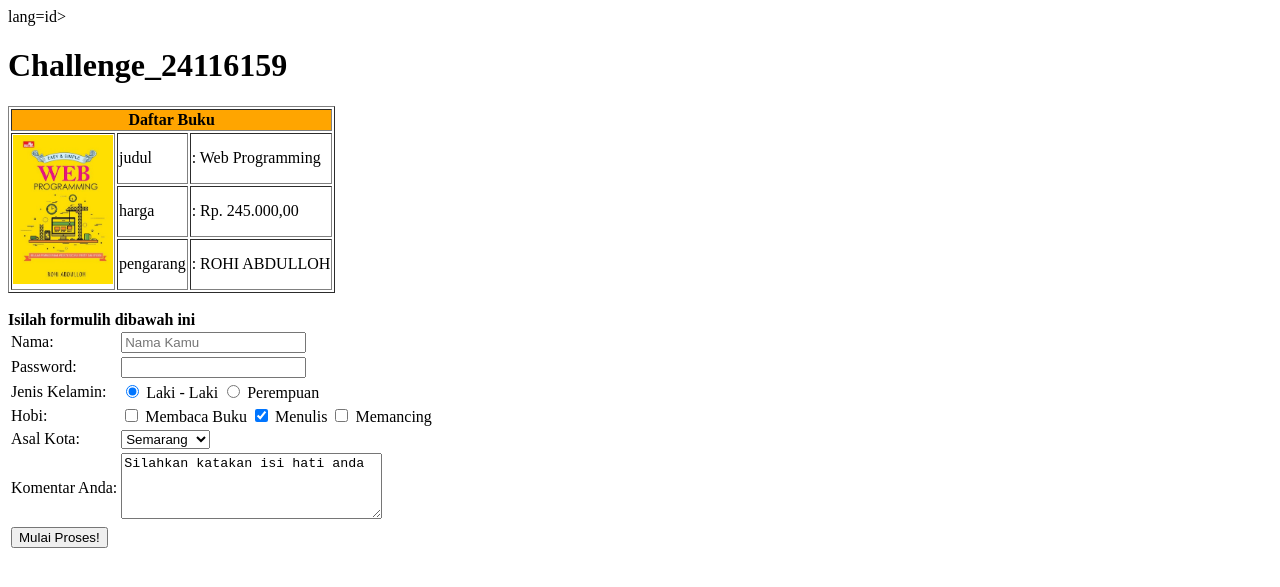
Repository: Nabils27/challenge-html
Page: Challenge_24.11.6159.html
The author's editor kept a copy of each file at every save. The page is drawn from the files as they stood at one save, then again after a run of saves.
The browser window is 1280 px wide. The pictures show the whole page.

Above is the page before, as saved 2026-04-20 11:08:08.

After the next 2 saves:
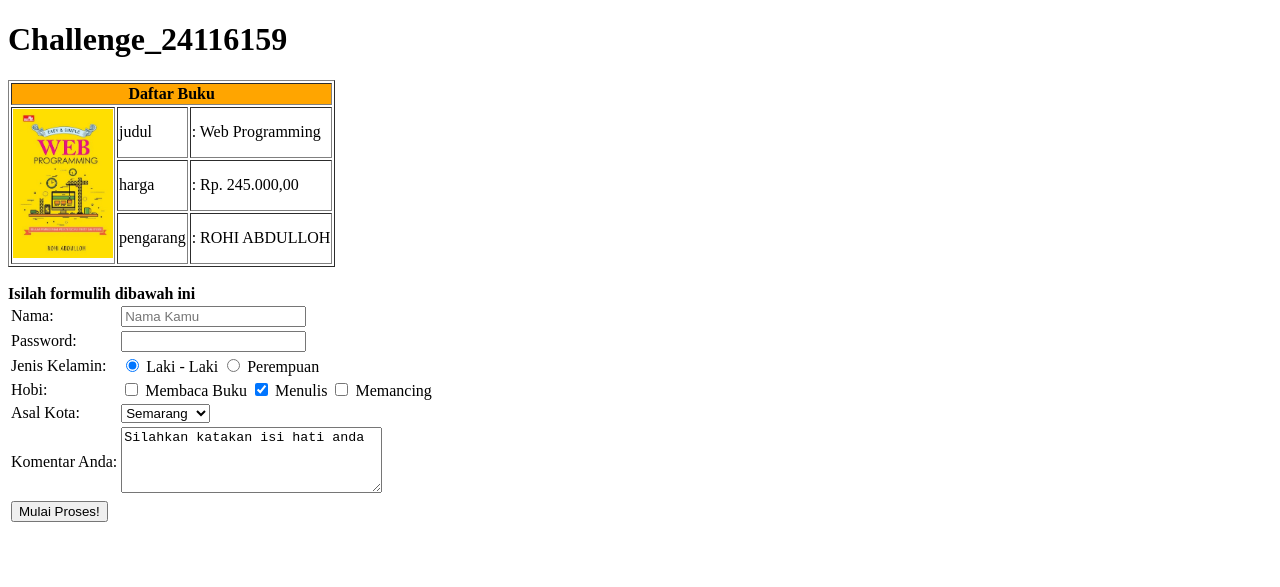
The 2 saves are shown as one change because they came seconds apart.
The last was saved 22 s later.
--- a/Challenge_24.11.6159.html
+++ b/Challenge_24.11.6159.html
@@ -1,5 +1,5 @@
 <!DOCTYPE html>
-<html> lang=id>
+<html lang=id>
 <head>
     <title>Challenge_24116159</title>
 </head>
